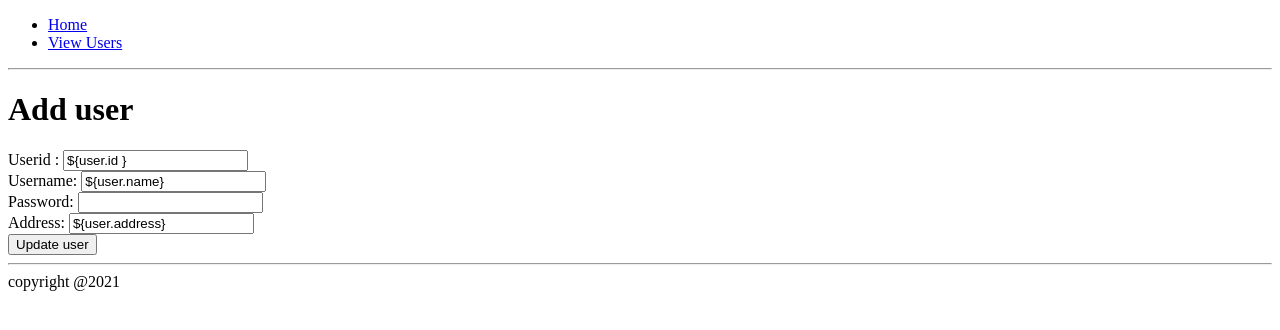
Repository: adit22747/java
Page: http://localhost/casestudy/user/edit-user.jsp
These files come from the project's save history. The page is drawn as it stood at one moment and after the next save; the edit follows.
The browser window is 1280 px wide. The pictures show the whole page.
The page is served by Tomcat 9.

Above is the page before, as saved 2021-02-03 11:19:49.

After the next save:
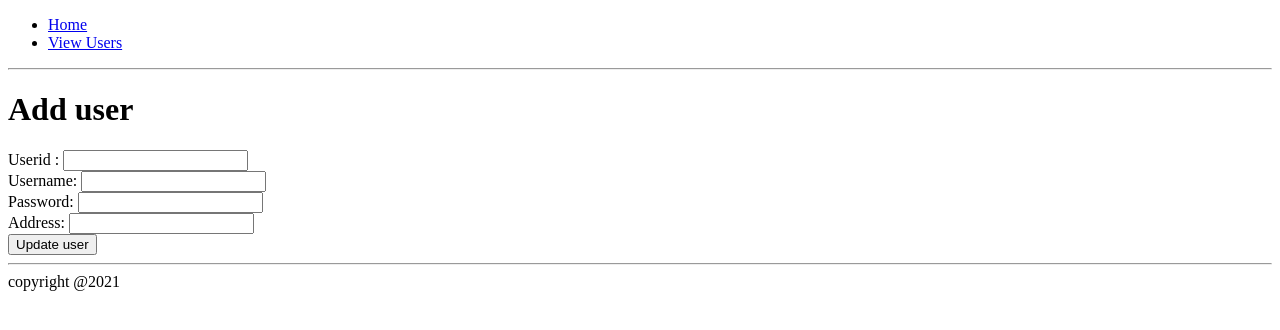
Saved 71 s later.
--- a/advance_java/programs/casestudy/src/main/webapp/user/edit-user.jsp
+++ b/advance_java/programs/casestudy/src/main/webapp/user/edit-user.jsp
@@ -1,4 +1,5 @@
 <%@include file="header.jsp"%>
+<%@ page isELIgnored="false" %>
 
 <h1>Add user</h1>
 <form action="<%=request.getContextPath() %>/UserController/edit-user" method="post">
